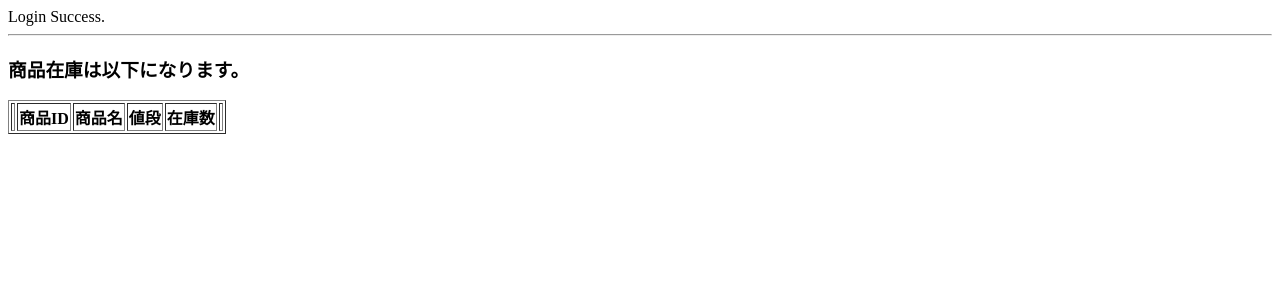
Repository: sachiyuki/java
Page: http://localhost/AdminLogin/adminpage.jsp
These files come from the project's save history. The page is drawn as it stood at one moment and after the next save; the edit follows.
The browser window is 1280 px wide. The pictures show the whole page.
The page is served by Tomcat 9.

Above is the page before, as saved 2018-03-06 04:59:04.

After the next save:
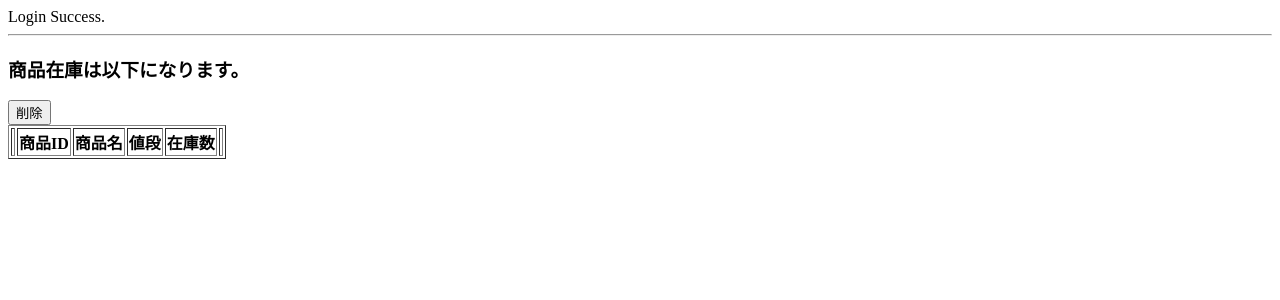
Saved 83 s later.
--- a/AdminLogin/WebContent/adminpage.jsp
+++ b/AdminLogin/WebContent/adminpage.jsp
@@ -14,6 +14,8 @@ Login Success.
 <hr>
 
 <h3>商品在庫は以下になります。</h3>
+
+<input type="submit" value="削除">
 
 <table border="1">
 <tr>
